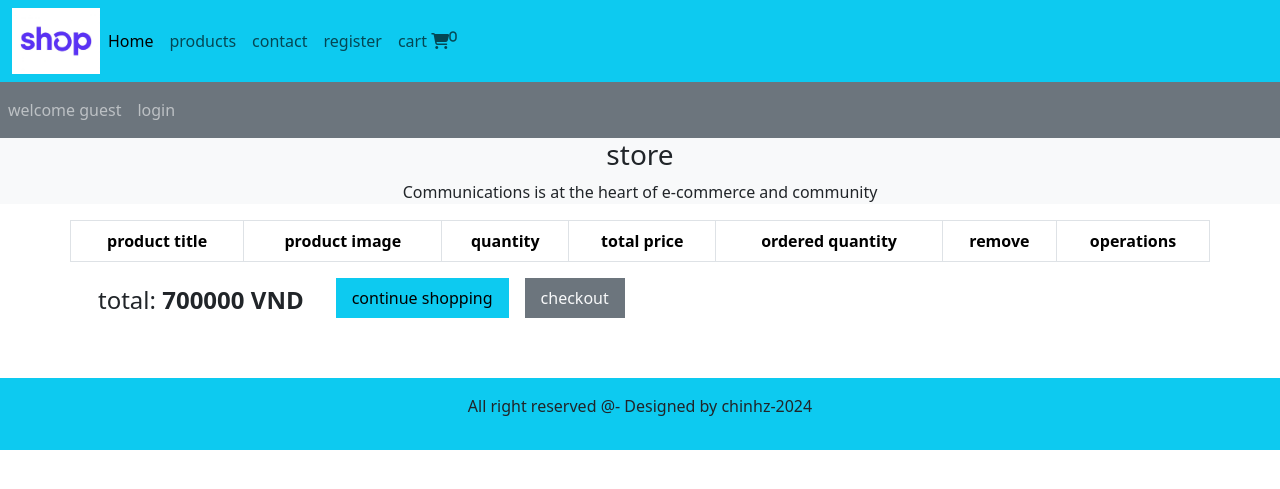
Repository: hahuuchinh2501/ecommerce_web
Page: http://localhost/cart.php
These files come from the project's save history. The page is drawn as it stood at one moment and after the next save; the edit follows.
The browser window is 1280 px wide. The pictures show the whole page.
The page is run by PHP 8.4 with error messages shown; the project is at /var/www/html/. Queries for data that is not in the repository find no rows.

Above is the page before, as saved 2025-02-07 20:17:59.

After the next save:
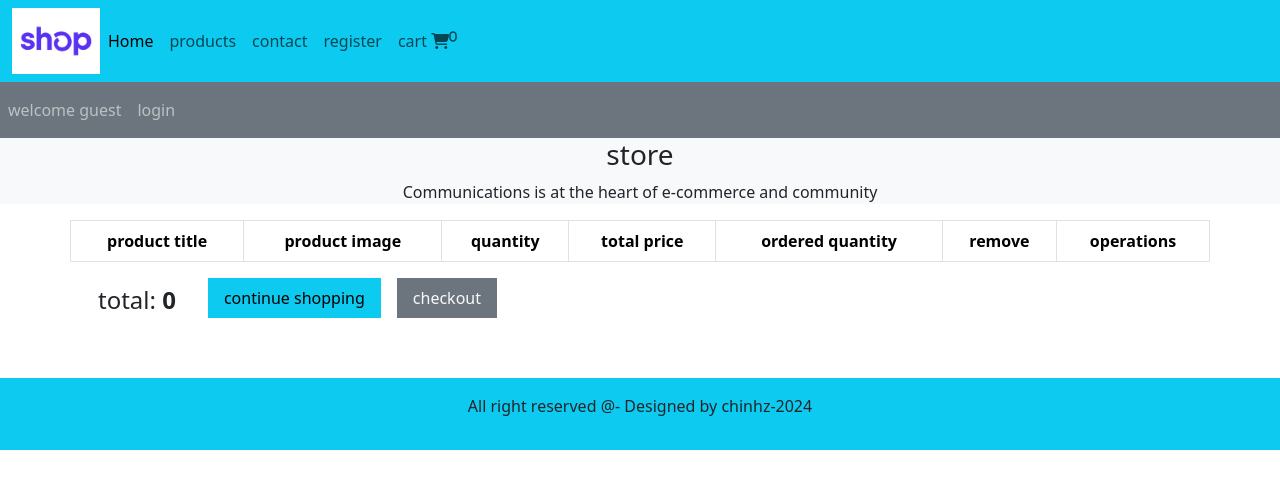
Saved 7 min 15 s later.
--- a/cart.php
+++ b/cart.php
@@ -140,7 +140,7 @@ include('functions/common_function.php');
                     </tbody>
                 </table>
                 <div class="d-flex mb-5">
-                    <h4 class="px-3 py-2">total: <strong>700000 VND</strong></h4>
+                    <h4 class="px-3 py-2">total: <strong><?php echo $total_price ?></strong></h4>
                     <a href="index.php"><button class="bg-info px-3 py-2 border-0 mx-3">continue shopping</button></a>
                     <a href="#"><button class="bg-secondary p-3 py-2 border-0 text-light">checkout</button></a>
                 </div>
